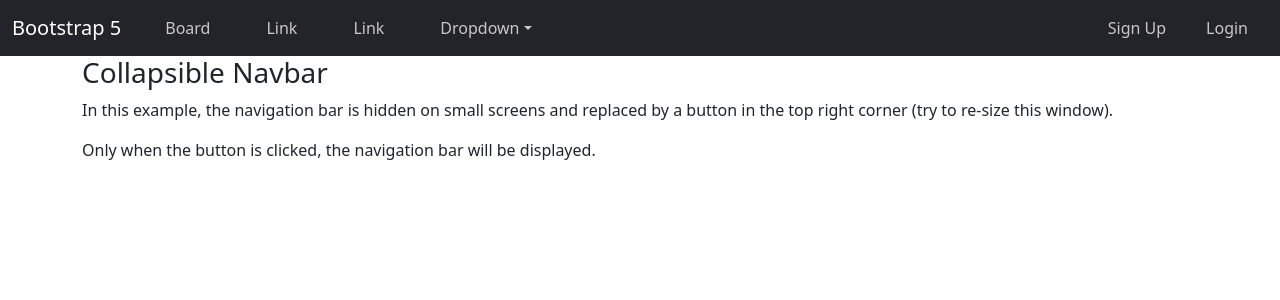
Repository: SeeUSoon93/Spring
Page: http://localhost/SpringMVC03/WEB-INF/views/index.jsp
These files come from the project's save history. The page is drawn as it stood at one moment and after the next save; the edit follows.
The browser window is 1280 px wide. The pictures show the whole page.
The page is served by Tomcat 9. Nobody is signed in. Other server files are loaded and not shown. The template is opened directly, without the code that normally fills it, so the values that code supplies are empty.

Above is the page before, as saved 2023-10-06 02:52:18.

### SpringMVC03/src/main/webapp/WEB-INF/views/index.jsp
<%@ page language="java" contentType="text/html; charset=UTF-8"
    pageEncoding="UTF-8"%>
<%@ taglib prefix="c" uri="http://java.sun.com/jsp/jstl/core" %>
<!DOCTYPE html>
<html lang="en">
<head>
  <title>SpringMVC03</title>
  <meta charset="utf-8">
  <meta name="viewport" content="width=device-width, initial-scale=1">

</head>
<body>

	<jsp:include page="common/header.jsp"></jsp:include>

<div class="container">
  <h3>Collapsible Navbar</h3>
  <p>In this example, the navigation bar is hidden on small screens and replaced by a button in the top right corner (try to re-size this window).
  <p>Only when the button is clicked, the navigation bar will be displayed.</p>
</div>

</body>
</html>

### SpringMVC03/src/main/webapp/WEB-INF/views/common/header.jsp
<%@ page language="java" contentType="text/html; charset=UTF-8"
    pageEncoding="UTF-8"%>
<!DOCTYPE html>
<html lang="en">
<head>
  <title>Bootstrap Example</title>
  <meta charset="utf-8">
  <meta name="viewport" content="width=device-width, initial-scale=1">
  <link href="https://cdn.jsdelivr.net/npm/bootstrap@5.3.2/dist/css/bootstrap.min.css" rel="stylesheet">
  <script src="https://cdn.jsdelivr.net/npm/bootstrap@5.3.2/dist/js/bootstrap.bundle.min.js"></script>

  <style type="text/css">

  a {
     text-decoration: none;
  }

  .navbar-collapse {
     justify-content: space-between;
  }

  .navbar-nav>li{
     padding: 0 20px;

  }

  .navbar-nav>li>a {
    color : #C7C8C9;
  }

  </style>


</head>
<body>

<nav class="navbar navbar-expand-sm bg-dark navbar-dark">
  <div class="container-fluid">
    <a class="navbar-brand" href="#">Bootstrap 5</a>
    <button class="navbar-toggler" type="button" data-bs-toggle="collapse" data-bs-target="#collapsibleNavbar">
      <span class="navbar-toggler-icon"></span>
    </button>
    <div class="collapse navbar-collapse" id="collapsibleNavbar">
      <ul class="navbar-nav">
        <li class="nav-item">
          <a class="nav-link" href="boardMain.do">Board</a>
        </li>
        <li class="nav-item">
          <a class="nav-link" href="#">Link</a>
        </li>
        <li class="nav-item">
          <a class="nav-link" href="#">Link</a>
        </li>
        <li class="nav-item dropdown">
          <a class="nav-link dropdown-toggle" href="#" role="button" data-bs-toggle="dropdown">Dropdown</a>
          <ul class="dropdown-menu">
            <li><a class="dropdown-item" href="#">Link</a></li>
            <li><a class="dropdown-item" href="#">Another link</a></li>
            <li><a class="dropdown-item" href="#">Board</a></li>
          </ul>
        </li>
      </ul>
      <ul class="nav navbar-nav navbar-right">
        <li><a href="#"><span class="glyphicon glyphicon-user"></span> Sign Up</a></li>
        <li><a href="#"><span class="glyphicon glyphicon-log-in"></span> Login</a></li>
      </ul>

    </div>
  </div>
</nav>

</body>
</html>

After the next save:
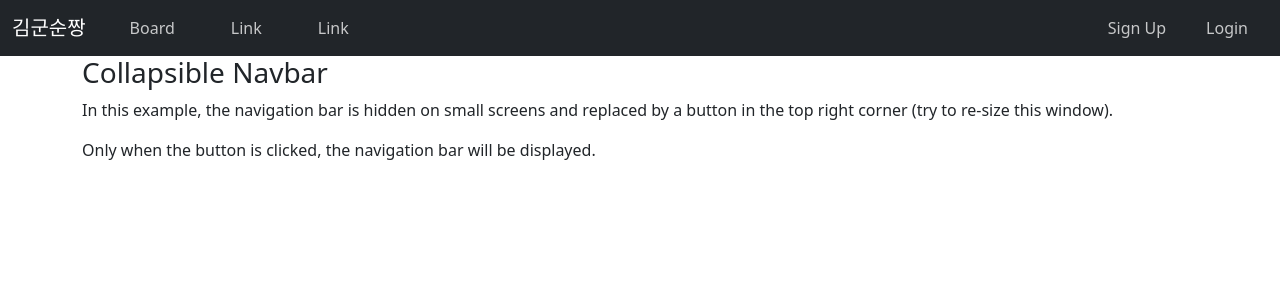
Saved 12 min 43 s later.
--- a/SpringMVC03/src/main/webapp/WEB-INF/views/common/header.jsp
+++ b/SpringMVC03/src/main/webapp/WEB-INF/views/common/header.jsp
@@ -36,7 +36,7 @@
 
 <nav class="navbar navbar-expand-sm bg-dark navbar-dark">
   <div class="container-fluid">
-    <a class="navbar-brand" href="#">Bootstrap 5</a>
+    <a class="navbar-brand" href="#">김군순짱</a>
     <button class="navbar-toggler" type="button" data-bs-toggle="collapse" data-bs-target="#collapsibleNavbar">
       <span class="navbar-toggler-icon"></span>
     </button>
@@ -51,14 +51,6 @@
         <li class="nav-item">
           <a class="nav-link" href="#">Link</a>
         </li>
-        <li class="nav-item dropdown">
-          <a class="nav-link dropdown-toggle" href="#" role="button" data-bs-toggle="dropdown">Dropdown</a>
-          <ul class="dropdown-menu">
-            <li><a class="dropdown-item" href="#">Link</a></li>
-            <li><a class="dropdown-item" href="#">Another link</a></li>
-            <li><a class="dropdown-item" href="#">Board</a></li>
-          </ul>
-        </li>
       </ul>
       <ul class="nav navbar-nav navbar-right">
         <li><a href="#"><span class="glyphicon glyphicon-user"></span> Sign Up</a></li>
